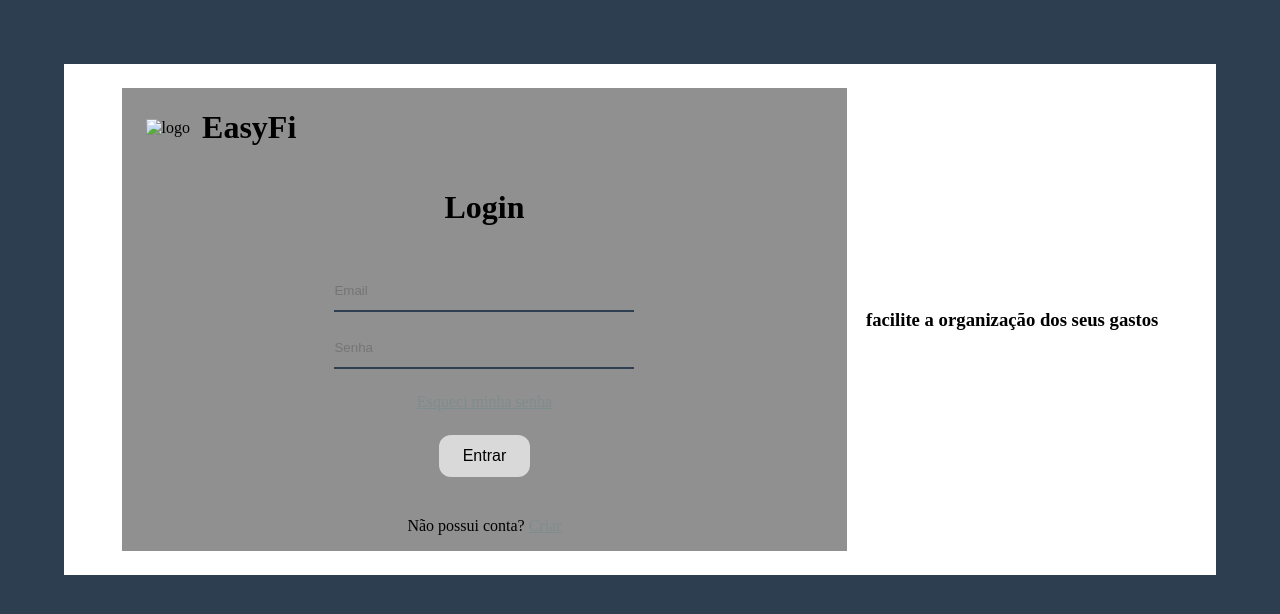
Repository: Ingridiag/projeto-engenharia
Page: login.html
The author's editor kept a copy of each file at every save. The page is drawn from the files as they stood at one save, then again after a run of saves.
The browser window is 1280 px wide. The pictures show the whole page.

Above is the page before, as saved 2024-10-28 16:01:37.

After the next 2 saves:
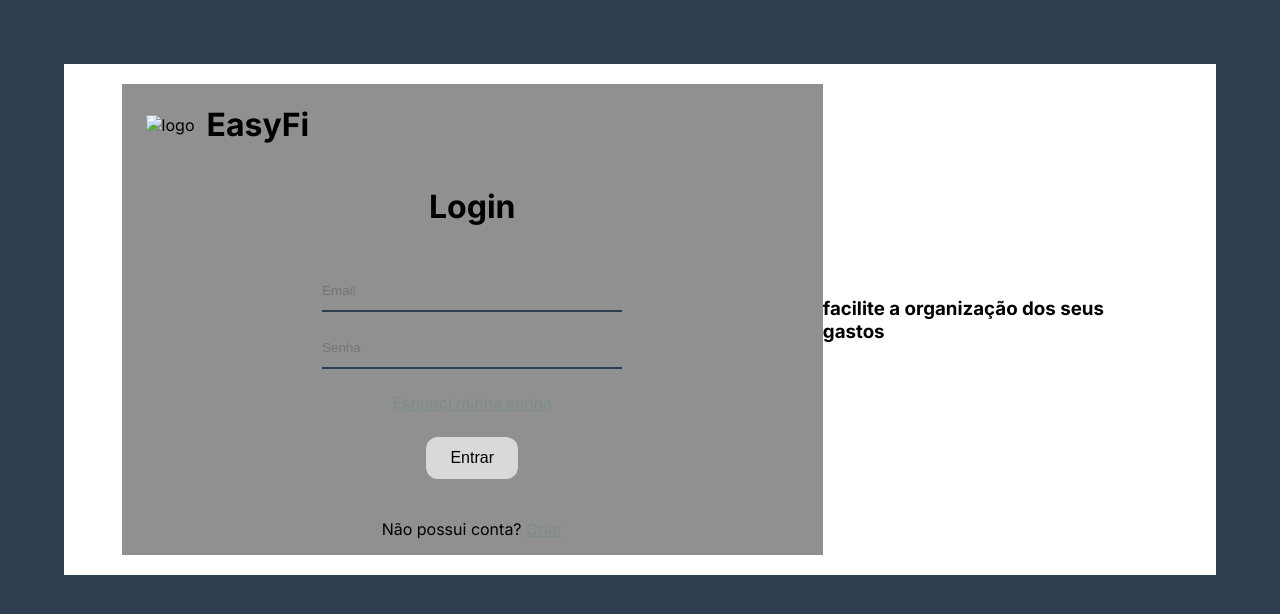
The 2 saves are shown as one change because they came seconds apart.
The last was saved 6 s later.
--- a/style.css
+++ b/style.css
@@ -3,7 +3,7 @@ body {
     padding: 0;
     box-sizing: border-box;
     background: #2C3E50;
-    font
+    font-family: inter;
 }
 .container{
     display: flex;
